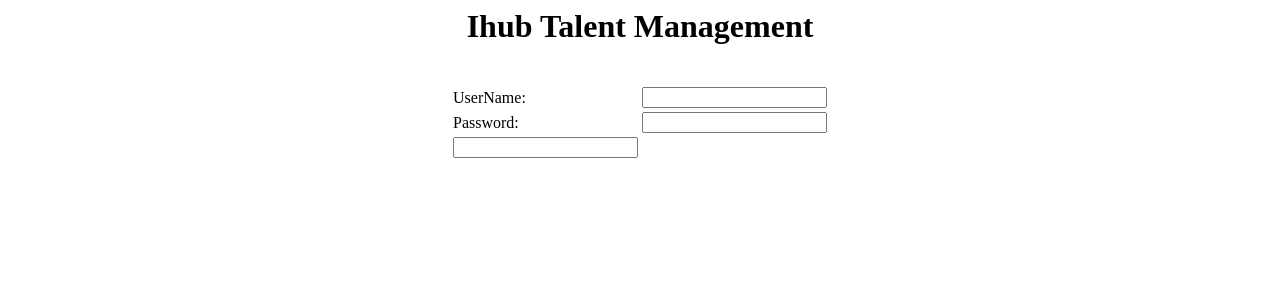
Repository: NiyazulHasan/aws-notes-by-niyaz-sir
Page: Classroom-AWS-Notes/workspace/DemoApp/WebContent/index.html
An editor plug-in stored every save of this project. The page is shown before and after the next save, followed by the edit.
The browser window is 1280 px wide. The pictures show the whole page.

Above is the page before, as saved 2023-08-18 16:43:09.

### Classroom-AWS-Notes/workspace/DemoApp/WebContent/index.html
<center>
	<h1>Ihub Talent Management</h1>
	<br>
	<form method="POST">
		<table>
			<tr>
				<td>UserName:</td>
				<td><input type="text" name="uname"/></td>
			</tr>
			<tr>
				<td>Password:</td>
				<td><input type="password" name="upwd"/></td>
			</tr>
			<tr>
				<td><input type="text" name="uname"/></td>
			</tr>
		</table>
	</form>
</center>

After the next save:
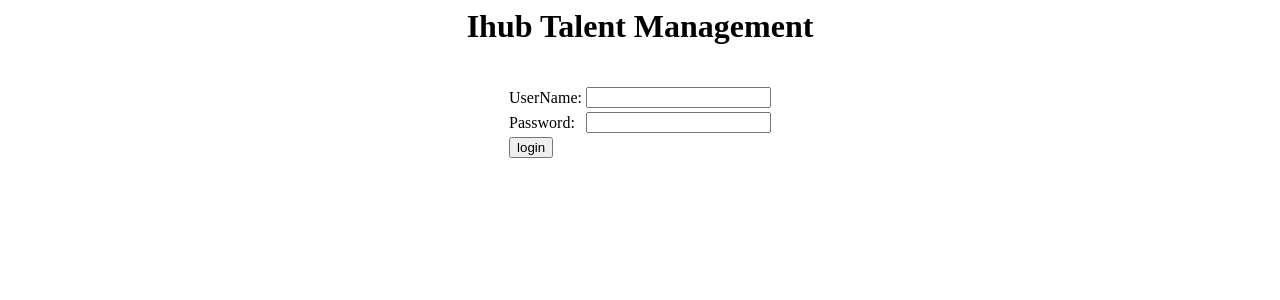
Saved 12 s later.
--- a/Classroom-AWS-Notes/workspace/DemoApp/WebContent/index.html
+++ b/Classroom-AWS-Notes/workspace/DemoApp/WebContent/index.html
@@ -12,7 +12,7 @@
 				<td><input type="password" name="upwd"/></td>
 			</tr>
 			<tr>
-				<td><input type="text" name="uname"/></td>
+				<td><input type="submit" value="login"/></td>
 			</tr>
 		</table>
 	</form>
